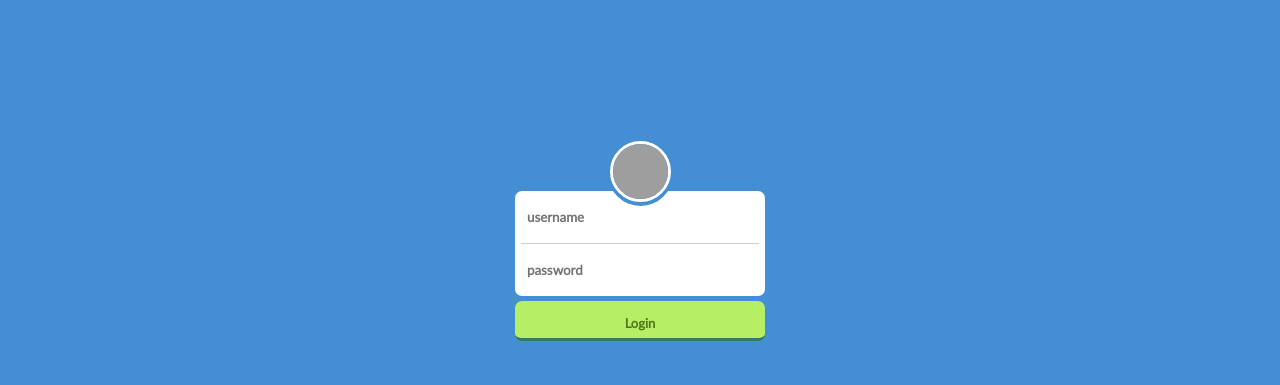
Repository: Naokiyuy/DigitalHum
Page: http://localhost/digital/backend/login.jsp
An editor plug-in stored every save of this project. The page is shown before and after the next save, followed by the edit.
The browser window is 1280 px wide. The pictures show the whole page.
Pictures or frames that could not be fetched are drawn as grey boxes. The page is served by Tomcat 9. Nobody is signed in. The application's start-up code is not run. Other server files are loaded and not shown.

Above is the page before, as saved 2015-03-23 19:12:31.

### digital/src/main/webapp/backend/login.jsp
<%@ page language="java" contentType="text/html; charset=UTF-8" pageEncoding="UTF-8"%>
<%@taglib prefix="c" uri="http://java.sun.com/jsp/jstl/core"%>
<!DOCTYPE html PUBLIC "-//W3C//DTD HTML 4.01 Transitional//EN" "http://www.w3.org/TR/html4/loose.dtd">
<html>
<head>
<style type="text/css">
@font-face {
  font-family: 'Lato';
  font-style: normal;
  font-weight: 400;
  src: local('Lato Regular'), local('Lato-Regular'), url(http://themes.googleusercontent.com/static/fonts/lato/v7/qIIYRU-oROkIk8vfvxw6QvesZW2xOQ-xsNqO47m55DA.woff) format('woff');
}

body {
	background: #448ed3 ;
	font-family: "Lato" ;
}
.wrap {
	width:250px;
	height: auto;
	margin: auto;
	margin-top: 10%;
}
.avatar {
	width: 100%;
	margin: auto;
	width: 65px;
	border-radius: 100px;
	height: 65px;
	background: #448ed3 ;
	position: relative;
	bottom: -15px;
}
.avatar img {
	width: 55px;
	height: 55px;
	border-radius: 100px;
	margin: auto;
	border:3px solid #fff;
	display: block;
}
.wrap input {
	border: none;
	background: #fff;
  font-family:Lato ;
  font-weight:700 ;
	display: block;
	height: 40px;
	outline: none;
	width: calc(100% - 24px) ;
	margin: auto;
	padding: 6px 12px 6px 12px;
}
.bar {
	width: 100%;
	height: 1px;
	background: #fff ;
}
.bar i {
	width: 95%;
	margin: auto;
	height: 1px ;
	display: block;
	background: #d1d1d1;
}
.wrap input[type="text"] {
	border-radius: 7px 7px 0px 0px ;
}
.wrap input[type="password"] {
	border-radius: 0px 0px 7px 7px ;
}
.forgot_link {
	color: #83afdf ;
	color: #83afdf;
	text-decoration: none;
	font-size: 11px;
	position: relative;
	left: 193px;
	top: -36px;
}
.wrap input[type="submit"] {
	width: 100%;
	border-radius: 7px;
	background: #b6ee65;
	text-decoration: center;
	border: none;
	color: #51771a;
  margin-top:-5px;
	padding-top: 14px;
	padding-bottom: 14px;
	outline: none;
	font-size: 13px;
	border-bottom: 3px solid #307d63;
	cursor: pointer;
	margin-top: 5px;
}
</style>
</head>
<body>

	<div class="wrap">
		<div class="avatar">
			<img src="http://cdn.ialireza.me/avatar.png" alt=""/>
		</div>
		<form method="post" action="/backend/j_spring_security_check">
			<input name="j_username" type="text" placeholder="username" required/>
			<div class="bar">
				<i></i>
			</div>
			<input name="j_password" type="password" placeholder="password" required/>
			<input value="Login" type="submit" />
		</form>
	</div>


	<br />
	<c:if test="${param.status=='error'}">
		<label style="color:red">Invalid username or password!!</label>
	</c:if>
	<c:if test="${param.status=='logout'}">
		<label style="color:green">Logged out successfully!</label>
	</c:if>
</body>
</html>

After the next save:
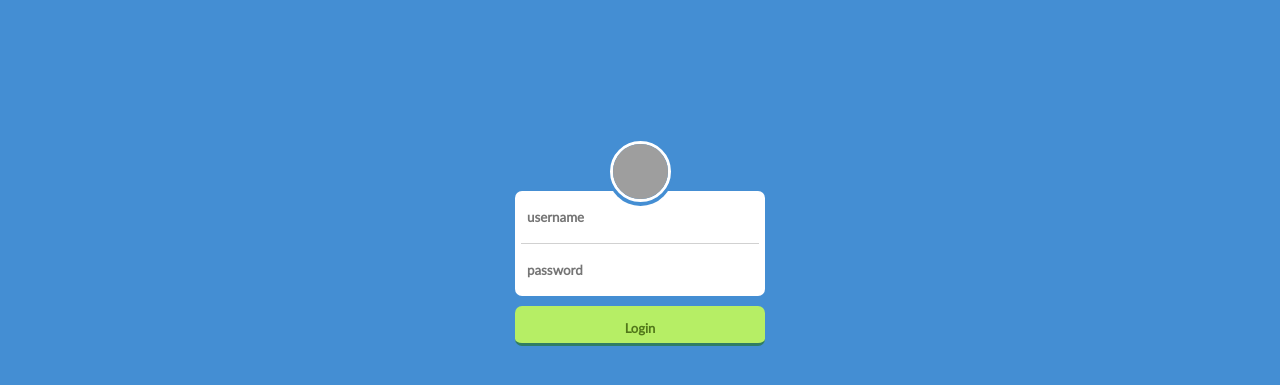
Saved 9 s later.
--- a/digital/src/main/webapp/backend/login.jsp
+++ b/digital/src/main/webapp/backend/login.jsp
@@ -92,7 +92,7 @@ body {
 	font-size: 13px;
 	border-bottom: 3px solid #307d63;
 	cursor: pointer;
-	margin-top: 5px;
+	margin-top: 10px;
 }
 </style>
 </head>
